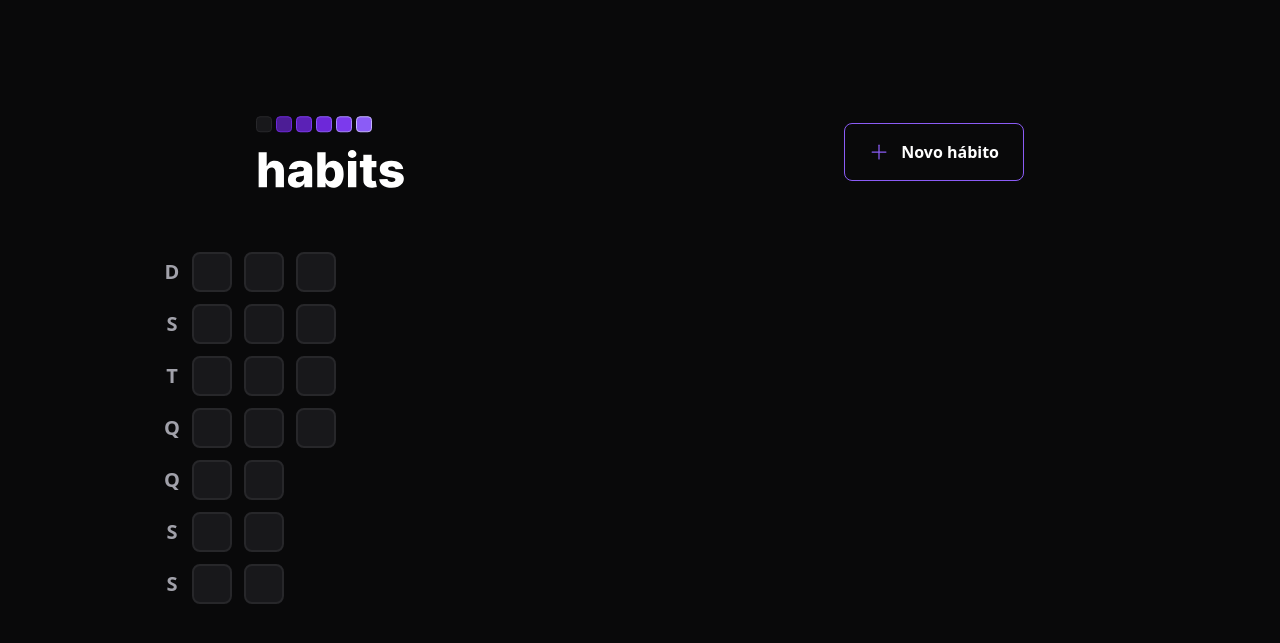
Repository: LuizAGDomingues/Habits-application
Page: /
These files come from the project's save history. The page is drawn as it stood at one moment and after the next save; the edit follows.
The browser window is 1280 px wide. The pictures show the whole page.
The project was rebuilt for these pictures with package versions that can differ from the ones it lists, and the page was loaded fresh each time. Also part of the build but not shown: vite.config.ts.

Above is the page before, as saved 2023-01-18 16:33:46.

After the next save:
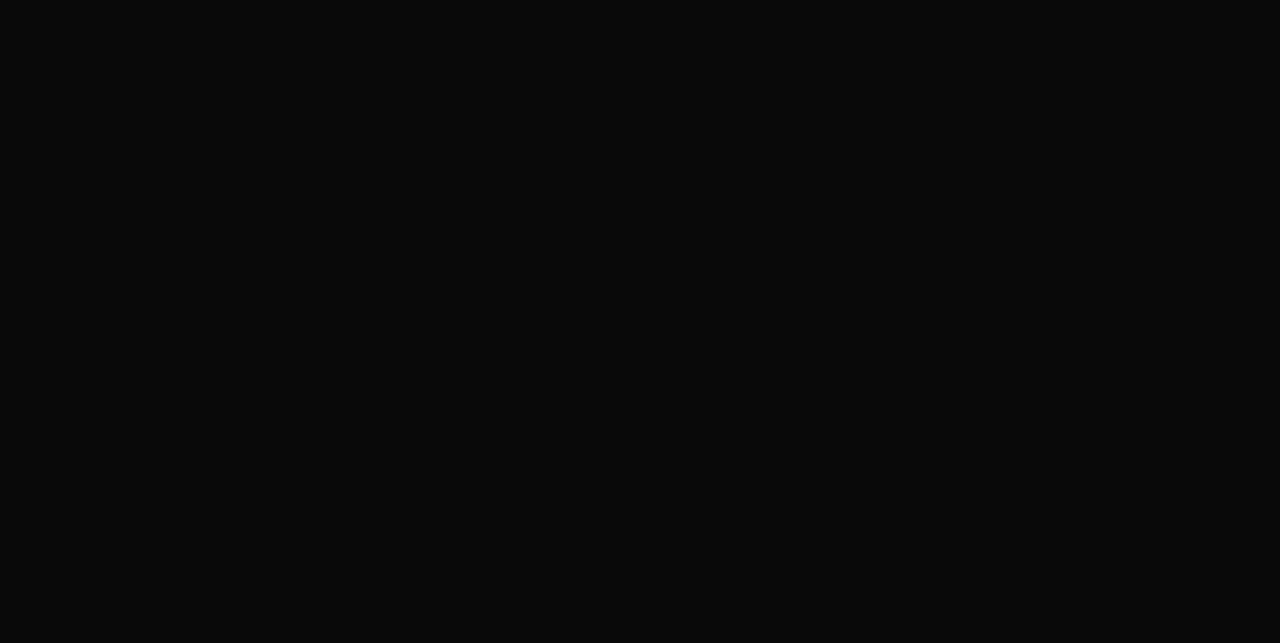
Console error: TypeError: undefined is not a function
Saved 5 s later.
--- a/src/components/SummaryTable.tsx
+++ b/src/components/SummaryTable.tsx
@@ -25,7 +25,7 @@
           return <HabitDay key={date.toString()} />
         })}
 
-        {amountOfDaysToFill > 0 && Array.from({ length: amountOfDaysToFill })}
+        {amountOfDaysToFill > 0 && Array.from({ length: amountOfDaysToFill }).map()}
       </div>
     </div>
   )

After the save that followed:
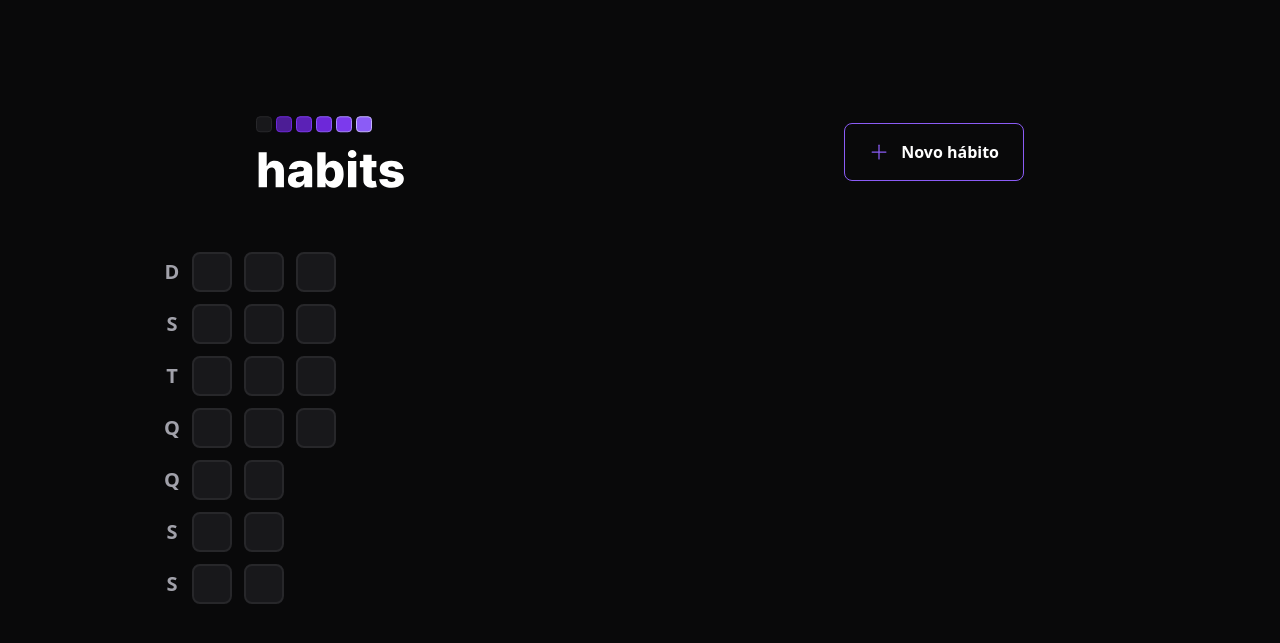
The error is gone.
Saved 7 s later.
--- a/src/components/SummaryTable.tsx
+++ b/src/components/SummaryTable.tsx
@@ -25,7 +25,9 @@
           return <HabitDay key={date.toString()} />
         })}
 
-        {amountOfDaysToFill > 0 && Array.from({ length: amountOfDaysToFill }).map()}
+        {amountOfDaysToFill > 0 && Array.from({ length: amountOfDaysToFill }).map(() => {
+          return
+        })}
       </div>
     </div>
   )
